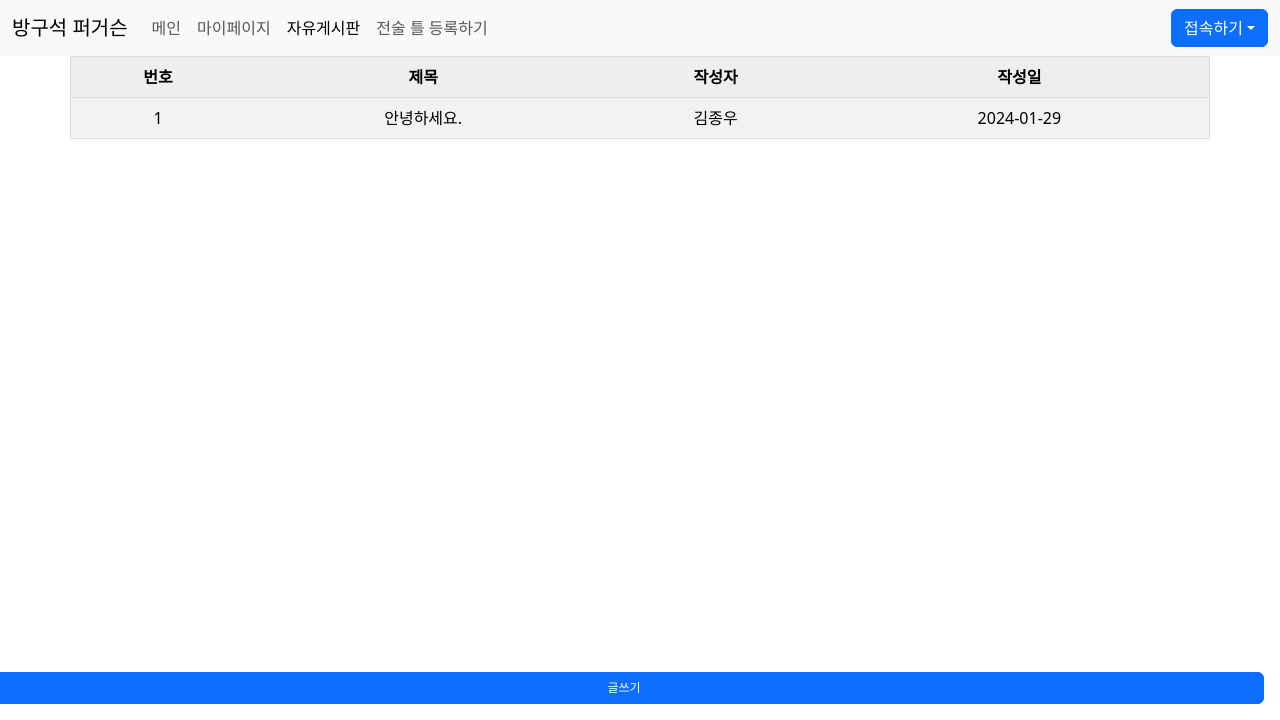
Repository: jiiiiiw/Spring-BBS
Page: http://localhost/BBS/bbs.jsp
An editor plug-in stored every save of this project. The page is shown before and after the next save, followed by the edit.
The browser window is 1280 px wide. The pictures show the whole page.
The page is served by Tomcat 9. Other server files are loaded and not shown.

Above is the page before, as saved 2024-01-30 03:28:44.

### BBS/src/main/webapp/bbs.jsp
<%@ page language="java" contentType="text/html; charset=UTF-8"
	pageEncoding="UTF-8"%>
<%@ page import="java.io.PrintWriter"%>
<!DOCTYPE html>
<html>
<head>
<meta charset="UTF-8">
<!-- 반응형 -->
<meta name="viewport" content="width=device-width" , initial-scale="1">
<!-- 정적 부트스트랩 참조 -->
<script src="js/bootstrap.js"></script>
<script src="js/bootstrap.bundle.js"></script>
<link href="css/bootstrap.css" rel="stylesheet">
<title>JSP 게시판 웹 사이트</title>
</head>
<body>
	<%
	String userID = null;
	if (session.getAttribute("userID") != null) {
		userID = (String) session.getAttribute("userID");
	}
	%>
	<nav class="navbar navbar-expand-lg navbar-light bg-light">
		<div class="container-fluid">
			<a class="navbar-brand" href="main.jsp">방구석 퍼거슨</a>

			<!-- 토글 버튼 -->
			<button class="navbar-toggler" type="button"
				data-bs-toggle="collapse" data-bs-target="#navbarSupportedContent"
				aria-controls="navbarSupportedContent" aria-expanded="false"
				aria-label="Toggle navigation">
				<span class="navbar-toggler-icon"></span>
			</button>

			<!-- Navbar 링크 및 폼 -->
			<div class="collapse navbar-collapse" id="navbarNav">
				<ul class="navbar-nav me-auto">
					<li class="nav-item"><a class="nav-link" href="main.jsp">메인</a></li>
					<li class="nav-item"><a class="nav-link" href="#">마이페이지</a></li>
					<li class="nav-item"><a class="active nav-link" href="bbs.jsp">자유게시판</a></li>
					<li class="nav-item"><a class="nav-link" href="#">전술 틀
							등록하기</a></li>
				</ul>
			</div>

			<%
			if (userID != null) {
			%>
			<div class="dropdown">
				<button class="btn btn-primary dropdown-toggle" type="button"
					id="dropdownMenuButton" data-bs-toggle="dropdown"
					aria-haspopup="true" aria-expanded="false">로그아웃</button>
				<div class="dropdown-menu" aria-labelledby="dropdownMenuButton">

					<a class="dropdown-item" href="logoutAction.jsp">로그아웃</a>
					<!-- 원하는 만큼 드롭다운 메뉴 항목 추가 -->
				</div>
			</div>
			<%
			} else {
			%>
			<div class="dropdown">
				<button class="btn btn-primary dropdown-toggle" type="button"
					id="dropdownMenuButton" data-bs-toggle="dropdown"
					aria-haspopup="true" aria-expanded="false">접속하기</button>
				<div class="dropdown-menu" aria-labelledby="dropdownMenuButton">

					<a class="dropdown-item" href="login.jsp">로그인</a> <a
						class="dropdown-item" href="join.jsp">회원가입</a>
					<!-- 원하는 만큼 드롭다운 메뉴 항목 추가 -->
				</div>
			</div>
			<%
			}
			%>
		</div>
	</nav>

	<style>
/* 우측 하단에 버튼 고정 스타일 */
.fixed-bottom-right {
	position: fixed;
	bottom: 16px;
	right: 16px;
}

/* 작은 버튼 스타일 */
.small-btn {
	padding: 6px 12px;
	font-size: 12px;
}
</style>

	<div class="container">
		<div class="row">
			<table class="table table-striped"
				style="text-align: center; border: 1px solid #dddddd">
				<thead>
					<tr>
						<th style="background-color: #eeeeee; text-align: center;">번호</th>
						<th style="background-color: #eeeeee; text-align: center;">제목</th>
						<th style="background-color: #eeeeee; text-align: center;">작성자</th>
						<th style="background-color: #eeeeee; text-align: center;">작성일</th>
					</tr>
				</thead>
				<tbody>
					<tr>
						<td>1</td>
						<td>안녕하세요.</td>
						<td>김종우</td>
						<td>2024-01-29</td>
					</tr>
				</tbody>
			</table>
			<a href="write.jsp"
			class="btn btn-primary fixed-bottom-right small-btn">글쓰기</a>
		</div>
	</div>


</body>
</html>

Loaded but not shown: BBS/src/main/webapp/js/bootstrap.js (library); BBS/src/main/webapp/js/bootstrap.bundle.js (library); BBS/src/main/webapp/css/bootstrap.css (library)

After the next save:
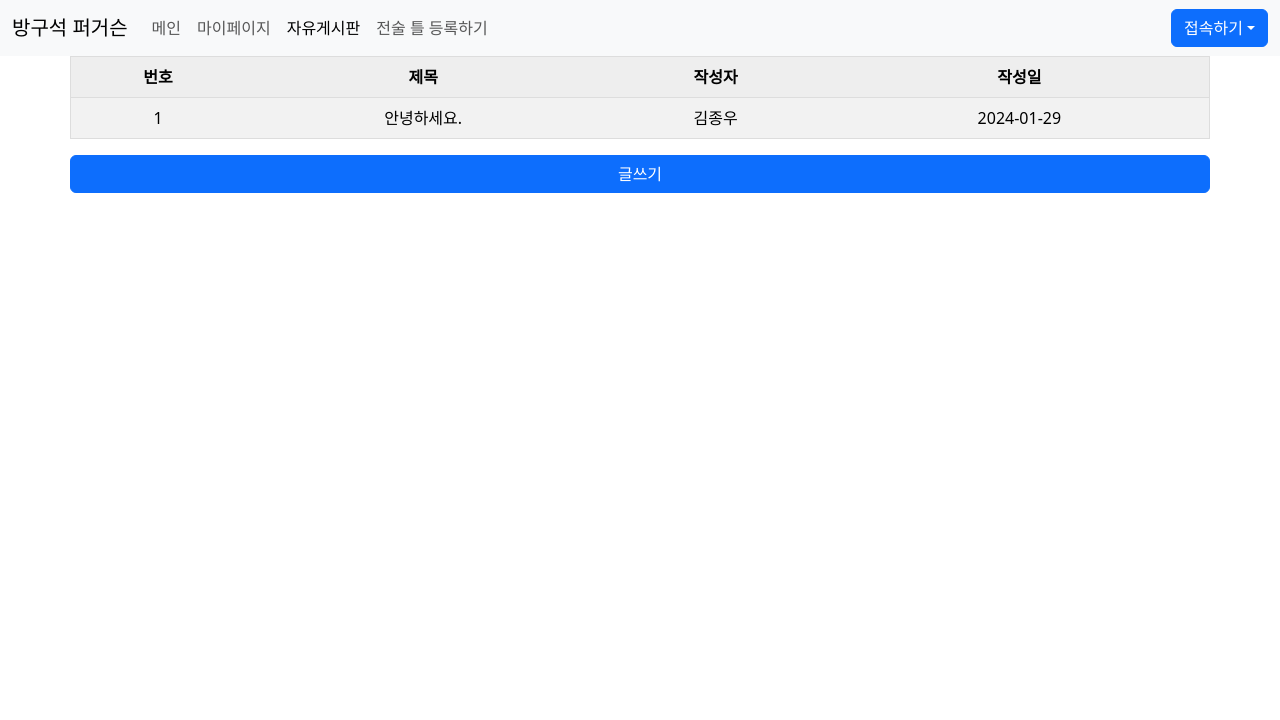
Saved 27 s later.
--- a/BBS/src/main/webapp/bbs.jsp
+++ b/BBS/src/main/webapp/bbs.jsp
@@ -75,7 +75,7 @@
 			%>
 		</div>
 	</nav>
-
+<!--
 	<style>
 /* 우측 하단에 버튼 고정 스타일 */
 .fixed-bottom-right {
@@ -89,7 +89,7 @@
 	padding: 6px 12px;
 	font-size: 12px;
 }
-</style>
+	</style> -->
 
 	<div class="container">
 		<div class="row">
